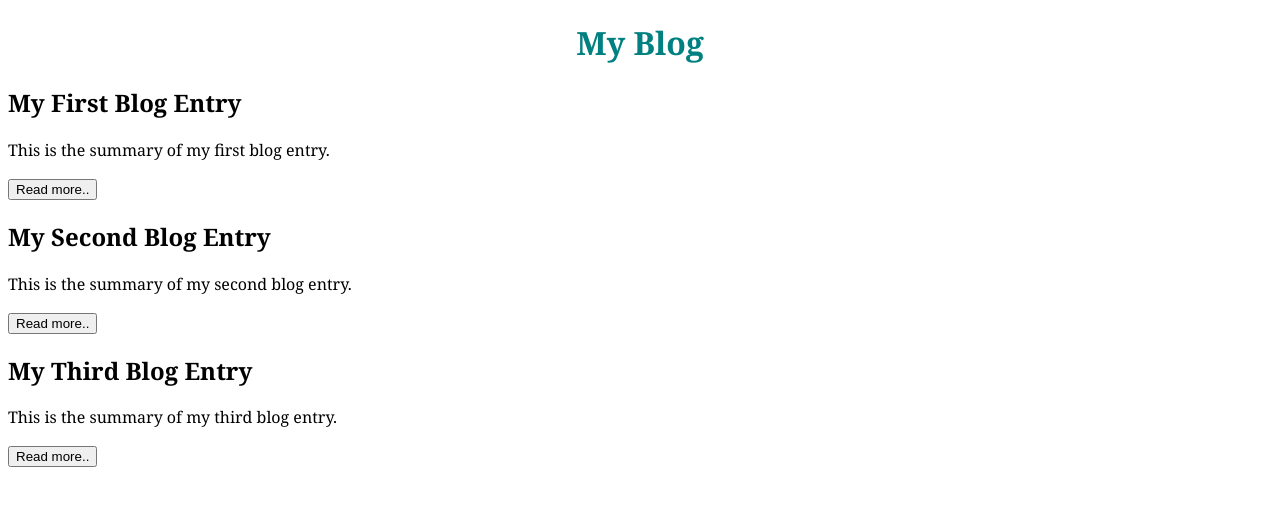
Repository: deniseada/class1
Page: /
These files come from the project's save history. The page is drawn as it stood at one moment and after the next save; the edit follows.
The browser window is 1280 px wide. The pictures show the whole page.
The project was rebuilt for these pictures with package versions that can differ from the ones it lists, and the page was loaded fresh each time. Also part of the build but not shown: vite.config.js.

Above is the page before, as saved 2025-09-10 13:58:53.

After the next save:
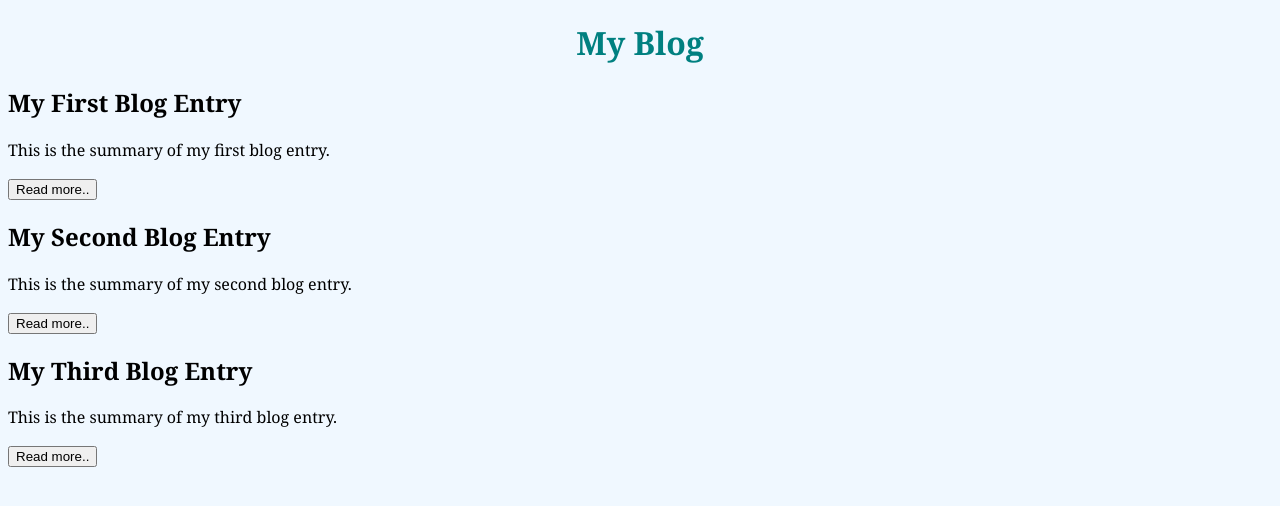
Saved 11 s later.
--- a/src/index.css
+++ b/src/index.css
@@ -1,5 +1,6 @@
 html {
   font-family: Georgia, "Times New Roman", Times, serif;
+  background-color: #f0f8ff;
 }
 h1 {
   color: teal;
